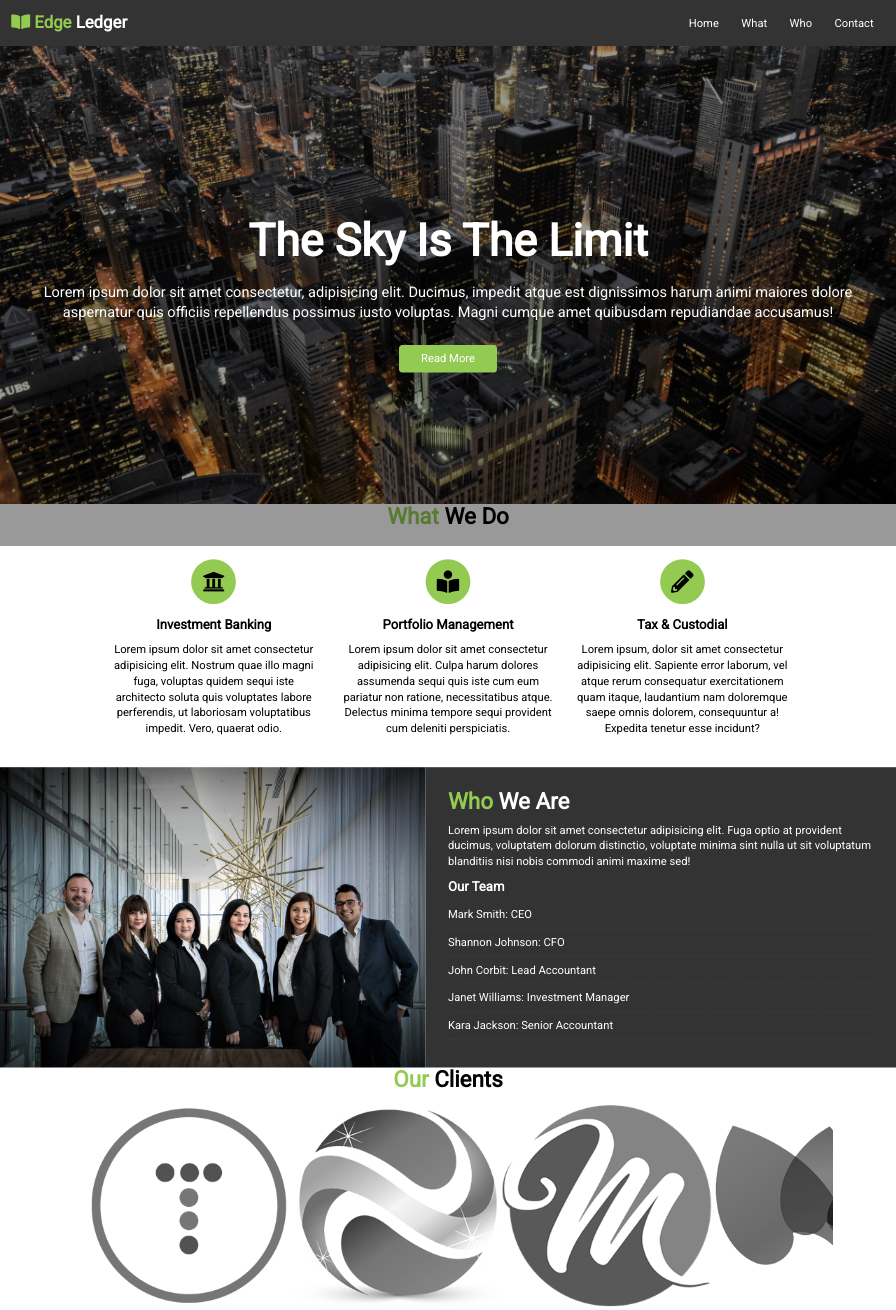
Repository: minhtien9/EdgeLedger-Financial-Web
Page: index.html
These files come from the project's save history. The page is drawn as it stood at one moment and after the next save; the edit follows.
The browser window is 1280 px wide. The pictures show the whole page, at 70% of full size.

Above is the page before, as saved 2021-08-16 22:42:03.

After the next save:
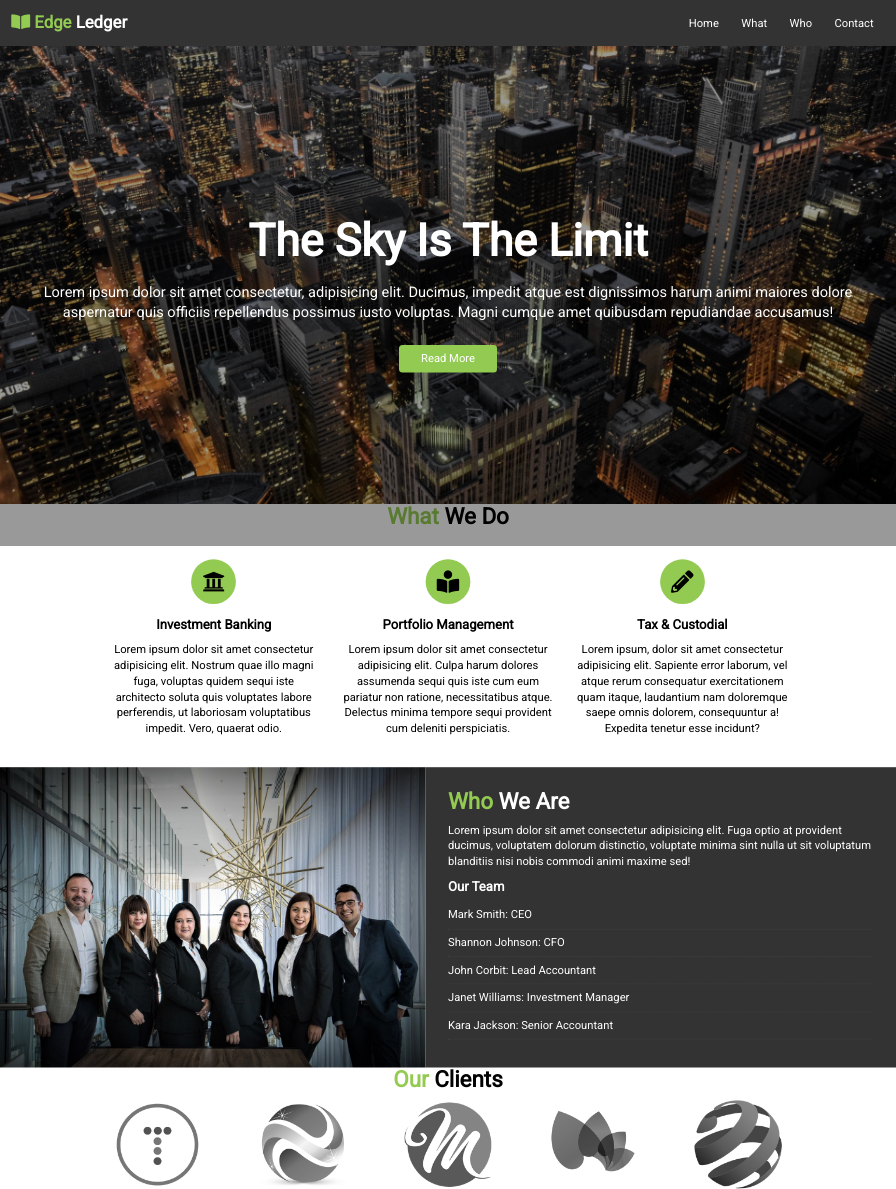
Saved 11 s later.
--- a/css/style.css
+++ b/css/style.css
@@ -207,4 +207,5 @@
 #clients .items img {
     display: block;
     margin: auto;
-}
+    width: 60%;
+}
